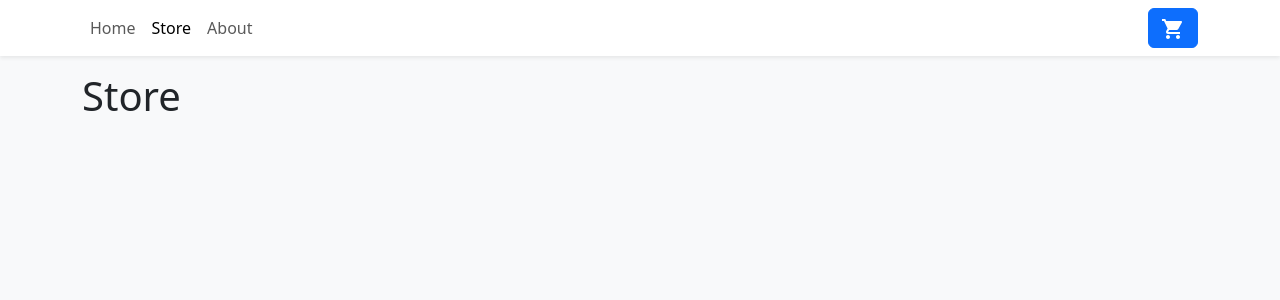
Repository: kurtveil/react-ecommerce
Page: /store
An editor plug-in stored every save of this project. The page is shown before and after the next save, followed by the edit.
The browser window is 1280 px wide. The pictures show the whole page.
The project was rebuilt for these pictures with package versions that can differ from the ones it lists, and the page was loaded fresh each time. Also part of the build but not shown: vite.config.ts, src/pages/Home.tsx, src/pages/About.tsx.

Above is the page before, as saved 2023-07-12 19:38:58.

### src/main.tsx
import React from 'react'
import ReactDOM from 'react-dom/client'
import App from './App.tsx'
import "bootstrap/dist/css/bootstrap.min.css";
import { BrowserRouter } from 'react-router-dom';

ReactDOM.createRoot(document.getElementById('root')!).render(
  <React.StrictMode>
    <BrowserRouter>
      <App />
    </BrowserRouter>
  </React.StrictMode>,
)

### src/App.tsx
import { Routes, Route } from "react-router-dom";
import { Container } from "react-bootstrap";
import Home from "./pages/Home";
import Store from "./pages/Store";
import About from "./pages/About";
import Navbar from "./components/Navbar";
function App() {

  return (
    <>
    <Navbar/>
      <Container className="mb-4">
        <Routes>
          <Route path="/" element={<Home />} />
          <Route path="/store" element={<Store />} />
          <Route path="/about" element={<About />} />
        </Routes>
      </Container>
    </>
  )
}

export default App

### src/pages/Store.tsx
import React, { Component } from 'react'

export default class Store extends Component {
  render() {
    return (
      <h1>Store</h1>
    )
  }
}

### src/components/Navbar.tsx
import {Container,Button,Nav,Navbar as NavbarBs} from 'react-bootstrap';
import {NavLink}from 'react-router-dom';
import ShoppingCartIcon from '@mui/icons-material/ShoppingCart';
export default function Navbar() {
  return (
    <NavbarBs className='bg-white shadow-sm mb-3'>
        <Container>
            <Nav className='me-auto'>
                <Nav.Link to="/" as={NavLink}>
                    Home
                </Nav.Link>
                <Nav.Link to="/store" as={NavLink}>
                    Store
                </Nav.Link>
                <Nav.Link to="/about" as={NavLink}>
                    About
                </Nav.Link>
            </Nav>
            <Button>
            <ShoppingCartIcon/>
            </Button>
        </Container>
    </NavbarBs>
  )
}

Loaded but not shown: index.html (common file)

After the next save:
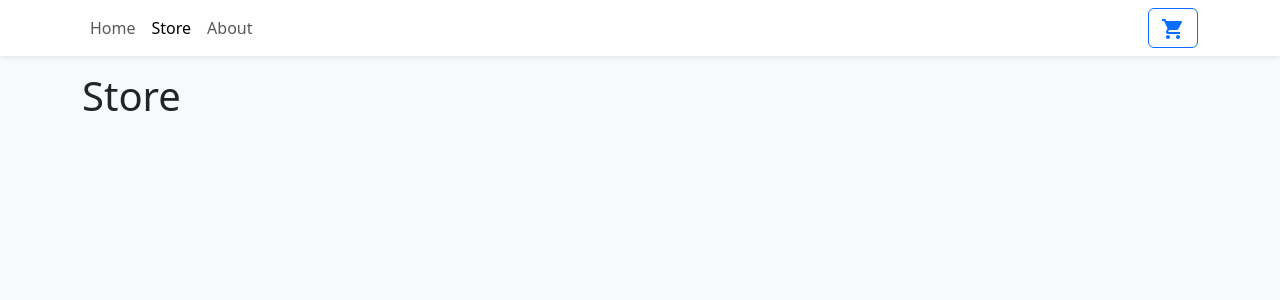
Saved 33 min 9 s later.
--- a/src/components/Navbar.tsx
+++ b/src/components/Navbar.tsx
@@ -16,7 +16,7 @@ export default function Navbar() {
                     About
                 </Nav.Link>
             </Nav>
-            <Button>
+            <Button variant='outline-primary'>
             <ShoppingCartIcon/>
             </Button>
         </Container>
